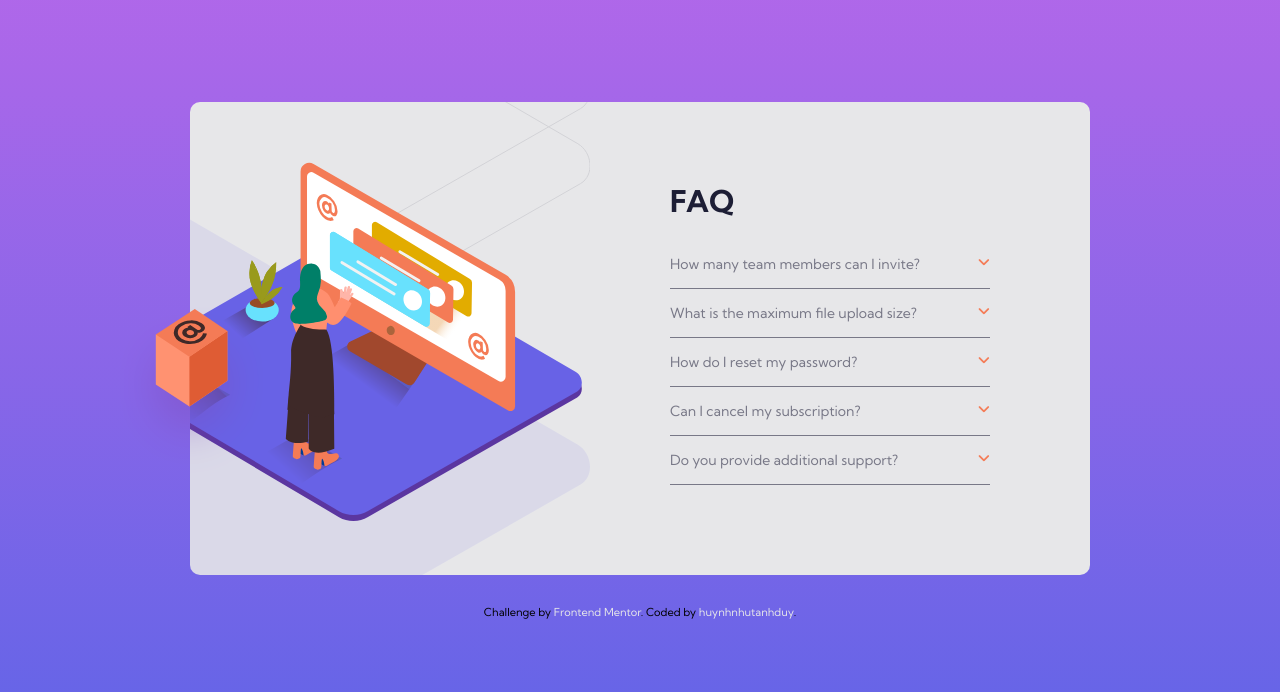
Repository: huynhnhutanhduy/faq-accordion-card
Page: index.html
The author's editor kept a copy of each file at every save. The page is drawn from the files as they stood at one save, then again after the next save.
The browser window is 1280 px wide. The pictures show the whole page.

Above is the page before, as saved 2022-10-21 11:36:45.

After the next save:
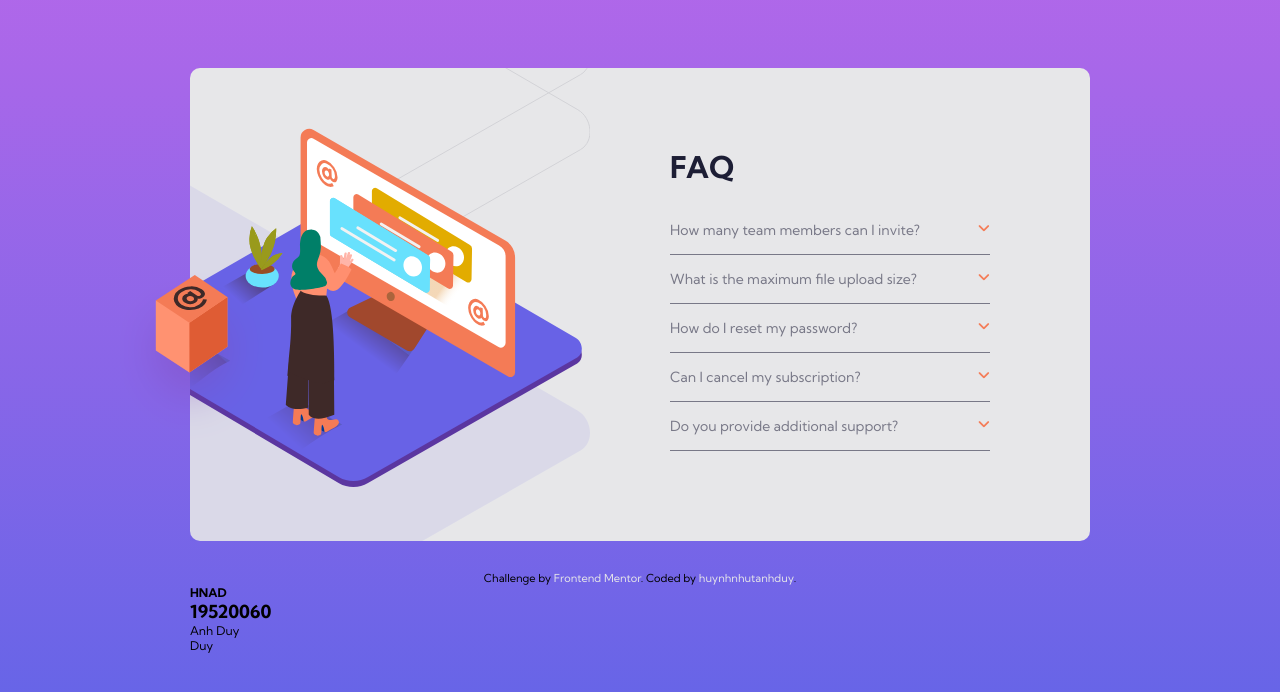
Saved 3 min 57 s later.
--- a/index.html
+++ b/index.html
@@ -105,6 +105,13 @@
       >. Coded by <a href="https://github.com/huynhnhutanhduy">huynhnhutanhduy</a>.
     </footer>
 
+    <span class="span">
+      <strong>HNAD</strong>
+      <h2>19520060</h2>
+    </span>
+    <p class="name">Anh Duy</p>
+    <p class="name">Duy</p>
+
     <script src="./app.js"></script>
   </body>
 </html>
